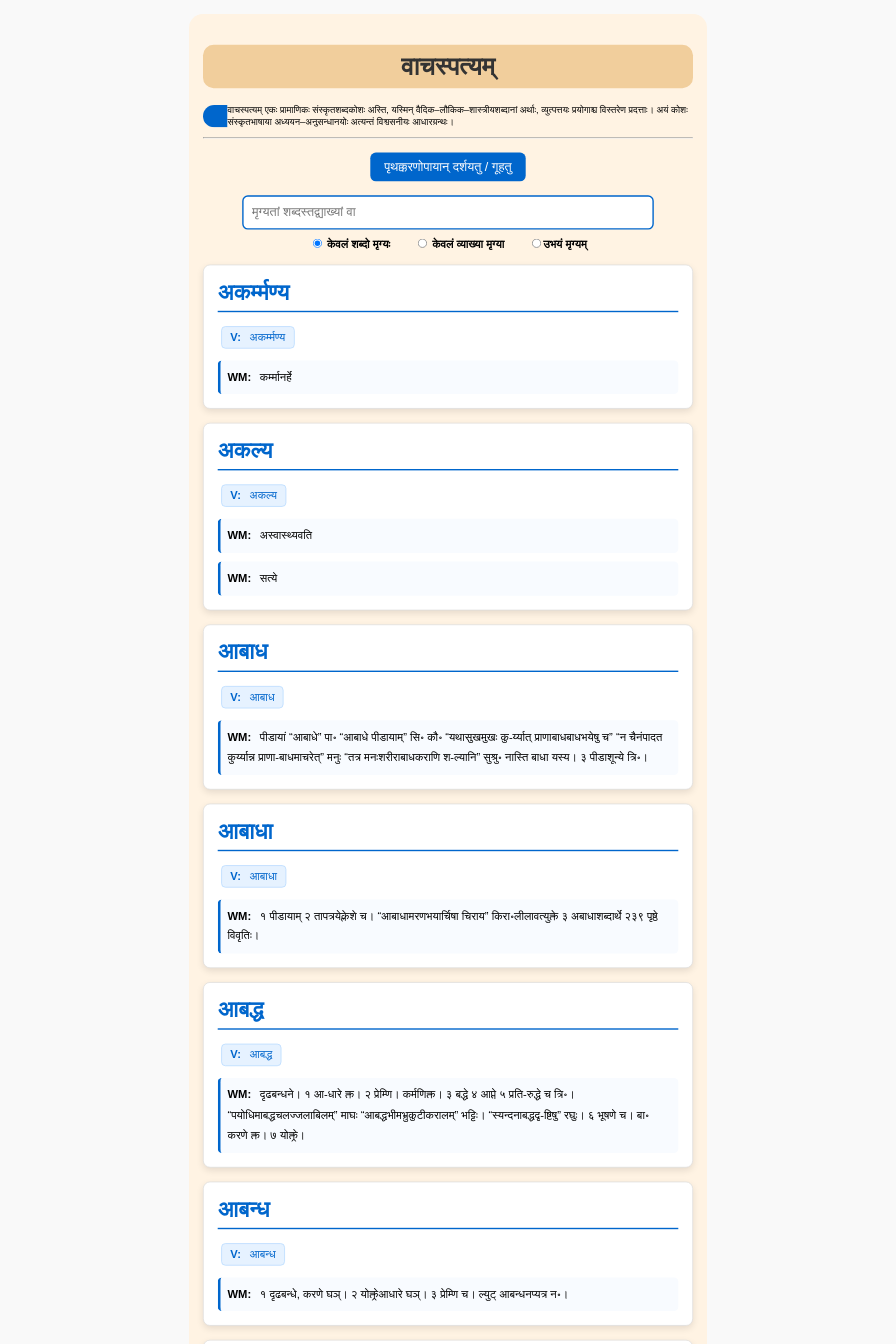
Repository: sanskritsphere/vachaspatyam-demo
Page: index.html
The author's editor kept a copy of each file at every save. The page is drawn from the files as they stood at one save, then again after the next save.
The browser window is 1280 px wide. The pictures show the part of the page from y = 0 to 1920 px (the page is 3443 px tall), at 70% of full size.

Above is the page before, as saved 2025-12-14 12:47:30.

### index.html
<!DOCTYPE html>
<html lang="sa">
<head>
    <meta charset="UTF-8">
    <meta name="viewport" content="width=device-width, initial-scale=1.0">
    <link rel="styleSheet" type="text/css" href="style.css">
    <title>वाचस्पत्यम् शब्दकोशः</title>

</head>
<body>
    <div class="container">
    <header>
        <h1>वाचस्पत्यम्</h1>
    <p class="small">वाचस्पत्यम् एकः प्रामाणिकः संस्कृतशब्दकोशः अस्ति, यस्मिन् वैदिक–लौकिक–शास्त्रीयशब्दानां अर्थाः, व्युत्पत्तयः प्रयोगाश्च विस्तरेण प्रदत्ताः।
अयं कोशः संस्कृतभाषाया अध्ययन–अनुसन्धानयोः अत्यन्तं विश्वसनीयः आधारग्रन्थः।</p>
    </header>
    <hr>
    <button id="toggleFilters">पृथक्करणोपायान् दर्शयतु / गूहतु</button>

    <div id="searchContainer">
        <input type="text" id="search" placeholder="मृग्यतां शब्दस्तद्व्याख्यां वा">
        <div class="search-options">
            <label><input type="radio" name="searchMode" value="wordOnly" checked> केवलं शब्दो मृग्यः</label>
            <label><input type="radio" name="searchMode" value="meaningOnly"> केवलं व्याख्या मृग्या</label>
            <label><input type="radio" name="searchMode" value="both">उभयं मृग्यम्</label>
        </div>
    </div>

    <div class="filters" id="filtersPanel">
        <div class="filter-group" id="startingLetterGroup">
            <label>आद्यक्षरानुक्रमेण पृथक्करणम्</label>
            <select id="startingLetterFilter">
                <option value="">सर्वाणि आद्यक्षराणि</option>
            </select>
        </div>

        <div class="filter-group" id="gcGroup">
            <label>लिङ्गशः पृथक्करणम्</label>
            <select id="gcFilter">
                <option value="">सर्वलिङ्गानि</option>
            </select>
        </div>

        <!-- टैग विज़िबिलिटी -->
        <div class="filter-group" style="grid-column: 1 / -1;" id="tagVisibilityGroup">
            <label>दर्शयितुमिष्टानि खण्डानि चिन्वीत</label>
            <div class="tag-visibility" id="tagVisibility">
                <!-- डायनामिकली जनरेट होगा -->
            </div>
        </div>

        <!-- नए टैग फ़िल्टर सेक्शन -->
        <div class="filter-group" style="grid-column: 1 / -1;" id="tagFiltersGroup">
            <label>टैग्-मूल्येन विशिष्टमानानि चीयन्ताम्</label>
            <div class="tag-filters" id="tagFilters">
                <!-- XML से सभी टैग्स के लिए डायनामिक सिलेक्ट बॉक्स जनरेट होंगे -->
            </div>
        </div>
    </div>

    <div id="results"></div>
</div>
    <script>
        let dictionary = [];
        let allTags = new Set();
        let tagValues = {}; // { tag: Set of values }
        let startingLetters = new Set();
        let gcValues = new Set();
        let currentPage = 1;
        const itemsPerPage = 25;
        // XML फ़ाइल लोड करना
        fetch('vachaspatyam.xml')
            .then(response => response.text())
            .then(xmlText => {
                const parser = new DOMParser();
                const xml = parser.parseFromString(xmlText, "application/xml");
                const entries = xml.querySelectorAll('entry');

                entries.forEach(entry => {
                    const obj = {};
                    entry.querySelectorAll('*').forEach(child => {
                        const tagName = child.tagName;
                        allTags.add(tagName);

                        if (!obj[tagName]) obj[tagName] = [];
                        const value = child.textContent.trim();
                        if (value) obj[tagName].push(value);

                        // टैग वैल्यूज़ कलेक्ट करना
                        if (!tagValues[tagName]) tagValues[tagName] = new Set();
                        tagValues[tagName].add(value);

                        // विशेष हैंडलिंग
                        if (tagName === 'V' && value) {
                            startingLetters.add(value[0]);
                        }
                        if (tagName === 'GC' && value) {
                            gcValues.add(value);
                        }
                    });
                    dictionary.push(obj);
                });

                generateDynamicFilters();
                generateTagVisibility();
                generateTagFilters(); // नया फ़ीचर
                renderEntries(dictionary);
            })
            .catch(err => {
                document.getElementById('results').innerHTML =
                    '<p class="no-results">vachaspatyam.xml इति संचिका न लब्धा। कृपया तां स्थापयतु।</p>';
                console.error(err);
            });

        function generateDynamicFilters() {
            const startingSelect = document.getElementById('startingLetterFilter');
            [...startingLetters].sort().forEach(letter => {
                const opt = document.createElement('option');
                opt.value = letter;
                opt.textContent = letter;
                startingSelect.appendChild(opt);
            });

            const gcSelect = document.getElementById('gcFilter');
            [...gcValues].sort().forEach(gc => {
                const opt = document.createElement('option');
                opt.value = gc;
                opt.textContent = gc;
                gcSelect.appendChild(opt);
            });
        }

        function generateTagVisibility() {
            const container = document.getElementById('tagVisibility');
            container.innerHTML = '';
            [...allTags].sort().forEach(tag => {
                const label = document.createElement('label');
                const checkbox = document.createElement('input');
                checkbox.type = 'checkbox';
                checkbox.id = 'show' + tag;
                checkbox.checked = tag === 'V' || tag === 'WM'; // डिफ़ॉल्ट V और WM दिखाएँ
                label.appendChild(checkbox);
                label.appendChild(document.createTextNode(' ' + tag));
                container.appendChild(label);
            });
        }

        function generateTagFilters() {
            const container = document.getElementById('tagFilters');
            container.innerHTML = '';
            [...allTags].sort().forEach(tag => {
                if (tag === 'V') return; // V के लिए पहले से आदि अक्षर फ़िल्टर है

                const group = document.createElement('div');
                group.className = 'filter-group';

                const label = document.createElement('label');
                label.textContent = `${tag} मूल्येन पृथक्करोतु`;
                group.appendChild(label);

                const select = document.createElement('select');
                select.id = 'filter_' + tag;
                select.innerHTML = '<option value="">सर्वाणि</option>';

                // टैग के सभी यूनिक वैल्यूज़ जोड़ना
                [...tagValues[tag]].sort().forEach(val => {
                    const opt = document.createElement('option');
                    opt.value = val;
                    opt.textContent = val;
                    select.appendChild(opt);
                });

                group.appendChild(select);
                container.appendChild(group);
            });
        }

        function getMeaningText(entry) {
            let text = '';
            Object.keys(entry).forEach(key => {
                if (key !== 'V') {
                    text += entry[key].join(' ') + ' ';
                }
            });
            return text;
        }

        function renderEntries(entries) {
            const resultsDiv = document.getElementById('results');
            resultsDiv.innerHTML = '';
            if (entries.length === 0) {
                resultsDiv.innerHTML = '<p class="no-results">कश्चन शब्दो न लब्धः। कृपया मृग्यपदं परिवर्तयतु।</p>';
                return;
            }

            entries.forEach(entry => {
                const div = document.createElement('div');
                div.className = 'entry';
                div.innerHTML = `<h3>${entry.V ? entry.V[0] : 'अज्ञातः'}</h3>`;

                const tagsDiv = document.createElement('div');

                allTags.forEach(tag => {
                    const checkbox = document.getElementById('show' + tag);
                    if (checkbox && checkbox.checked && entry[tag]) {
                        entry[tag].forEach(value => {
                            if (tag === 'WM' || tag === 'EXP') {
                                tagsDiv.innerHTML += `<div class="content"><span class="tag-name">${tag}:</span> ${value}</div>`;
                            } else {
                                tagsDiv.innerHTML += `<span class="tag"><span class="tag-name">${tag}:</span> ${value}</span>`;
                            }
                        });
                    }
                });

                div.appendChild(tagsDiv);
                resultsDiv.appendChild(div);
            });
        }

        function filterEntries() {
            let filtered = dictionary;

            const query = document.getElementById('search').value.trim();
            const searchMode = document.querySelector('input[name="searchMode"]:checked').value;

            if (query) {
                if (searchMode === 'wordOnly') {
                    filtered = filtered.filter(entry => entry.V && entry.V.some(v => v.includes(query)));
                } else if (searchMode === 'meaningOnly') {
                    filtered = filtered.filter(entry => getMeaningText(entry).includes(query));
                } else {
                    filtered = filtered.filter(entry =>
                        (entry.V && entry.V.some(v => v.includes(query))) ||
                        getMeaningText(entry).includes(query)
                    );
                }
            }

            const startingLetter = document.getElementById('startingLetterFilter').value;
            if (startingLetter) {
                filtered = filtered.filter(entry => entry.V && entry.V[0].startsWith(startingLetter));
            }

            const gc = document.getElementById('gcFilter').value;
            if (gc) {
                filtered = filtered.filter(entry => entry.GC && entry.GC.includes(gc));
            }

            // सभी टैग फ़िल्टर्स
            allTags.forEach(tag => {
                const select = document.getElementById('filter_' + tag);
                if (select && select.value) {
                    const filterValue = select.value;
                    filtered = filtered.filter(entry =>
                        entry[tag] && entry[tag].includes(filterValue)
                    );
                }
            });

            renderEntries(filtered);
        }

        // टॉगल बटन
        document.getElementById('toggleFilters').addEventListener('click', () => {
            const panel = document.getElementById('filtersPanel');
            panel.style.display = (panel.style.display === 'none' || panel.style.display === '') ? 'grid' : 'none';
        });

    function generateTagVisibility() {
    const container = document.getElementById('tagVisibility');
    container.innerHTML = '';

    // टैग नेम → संस्कृत में पूरा लेबल (विवरण)
    const tagLabels = {
        V:    "शब्दः (Vocable)",
        GC:   "लिङ्गम् (Grammatical Category)",
        GR:   "व्युत्पत्तिः (Grammar & Root)",
        ET:   "व्युत्पत्ति-विवरणम् (Etymology)",
        EXP:  "व्याख्या (Explanation)",
        CA:   "समास-विश्लेषणम् (Compound Analysis)",
        CT:   "उद्धरणम् (Citation Text)",
        RM:   "सन्दर्भः (Reference Mode)",
        WM:   "मुख्यार्थः (Word Meaning)"
        // यदि भविष्य में नया टैग जोड़ा जाए तो यहाँ उसका विवरण जोड़ सकते हैं
    };

    [...allTags].sort().forEach(tag => {
        const label = document.createElement('label');
        const checkbox = document.createElement('input');
        checkbox.type = 'checkbox';
        checkbox.id = 'show' + tag;
        // डिफ़ॉल्ट: V और WM हमेशा चेक रहें
        checkbox.checked = (tag === 'V' || tag === 'WM');

        label.appendChild(checkbox);
        // विवरण यदि उपलब्ध हो तो दिखाएँ, अन्यथा केवल टैग नेम
        const displayText = tagLabels[tag] || tag;
        label.appendChild(document.createTextNode(' ' + displayText));

        container.appendChild(label);
    });
}



        // सभी इवेंट्स
        document.getElementById('search').addEventListener('input', filterEntries);
        document.querySelectorAll('input[name="searchMode"]').forEach(radio => radio.addEventListener('change', filterEntries));
        document.getElementById('startingLetterFilter').addEventListener('change', filterEntries);
        document.getElementById('gcFilter').addEventListener('change', filterEntries);
        document.getElementById('filtersPanel').addEventListener('change', filterEntries); // सभी सिलेक्ट और चेकबॉक्स
    </script>
</body>
</html>

### style.css

        body {
            font-family: 'Sanskrit Text', 'Arial Unicode MS', Arial, sans-serif;
            margin: 20px;
            background-color: #f9f9f9;
            direction: ltr;
        }
        .container{
            width: 95%;
            max-width: 700px;
            margin: auto;
            background-color: #fff3e3;
            padding: 20px;
            border-radius: 20px;
        }
        header{
            display: block;
            justify-content: center;
            align-items: center;
            gap: 20px;
        }

       header h1 {
            text-align: center;
            color: #333;
            font-size: 36px;
            background-color: #f1ce9c;
            padding: 10px;
            border-radius: 15px;
        }
       header .small{
            font-size: smaller;
            border-left: 35px solid #0066cc;
            border-radius: 100px ;
        }
        #toggleFilters {
            display: block;
            margin: 20px auto;
            padding: 10px 20px;
            font-size: 18px;
            background: #0066cc;
            color: white;
            border: none;
            border-radius: 8px;
            cursor: pointer;
        }
        #toggleFilters:hover {
            background: #0055aa;
        }
        #searchContainer {
            margin-bottom: 20px;
            text-align: center;
        }
        #search {
            width: 80%;
            max-width: 600px;
            padding: 12px;
            font-size: 18px;
            border: 2px solid #0066cc;
            border-radius: 8px;
        }
        .search-options {
            margin-top: 10px;
        }
        .search-options label {
            margin: 0 15px;
            font-weight: bold;
            font-size: 16px;
        }
        .filters {
            margin-bottom: 30px;
            padding: 15px;
            background: #fff;
            border: 1px solid #ddd;
            border-radius: 10px;
            box-shadow: 0 4px 10px rgba(0,0,0,0.1);
            display: grid;
            grid-template-columns: repeat(auto-fit, minmax(300px, 1fr));
            gap: 20px;
            display: none; /* शुरू में छिपा */
        }
        .filter-group {
            display: flex;
            flex-direction: column;
        }
        .filter-group label {
            font-weight: bold;
            margin-bottom: 8px;
            color: #333;
            font-size: 18px;
        }
        .filter-group select {
            padding: 8px;
            border-radius: 6px;
            border: 1px solid #ccc;
            font-size: 16px;
            max-width: 300px;
        }
        .tag-visibility {
            display: grid;
            grid-template-columns: repeat(auto-fill, minmax(180px, 1fr));
            gap: 10px;
            margin-top: 10px;
        }
        .tag-visibility label {
            font-weight: normal;
            display: flex;
            align-items: center;
            font-size: 16px;
        }
        .tag-visibility input[type="checkbox"] {
            margin-right: 8px;
        }
        .tag-filters {
            display: grid;
            grid-template-columns: repeat(auto-fill, minmax(250px, 1fr));
            gap: 15px;
            margin-top: 15px;
            padding: 10px;
            background: #f0f8ff;
            border-radius: 8px;
        }
        #results {
            display: grid;
            gap: 20px;
        }
        .entry {
            background: white;
            padding: 20px;
            border: 1px solid #ddd;
            border-radius: 10px;
            box-shadow: 0 4px 10px rgba(0,0,0,0.1);
        }
        .entry h3 {
            margin: 0 0 15px 0;
            color: #0066cc;
            font-size: 32px;
            border-bottom: 2px solid #0066cc;
            padding-bottom: 8px;
        }
        .tag {
            display: inline-block;
            background: #e6f2ff;
            color: #0066cc;
            padding: 6px 12px;
            margin: 5px;
            border-radius: 6px;
            font-size: 16px;
            border: 1px solid #b3d9ff;
        }
        .tag-name {
            font-weight: bold;
            margin-right: 8px;
        }
        .content {
            margin-top: 12px;
            line-height: 1.8;
            background: #f8fbff;
            padding: 10px;
            border-radius: 6px;
            border-left: 4px solid #0066cc;
            font-size: 16px;
        }
        .no-results {
            text-align: center;
            color: #888;
            font-size: 22px;
            padding: 40px;
        }
        @media (max-width: 768px) {
            .filters {
                grid-template-columns: 1fr;
            }
            .tag-visibility, .tag-filters {
                grid-template-columns: 1fr;
            }
            #search {
                width: 100%;
            }
        }

After the next save:
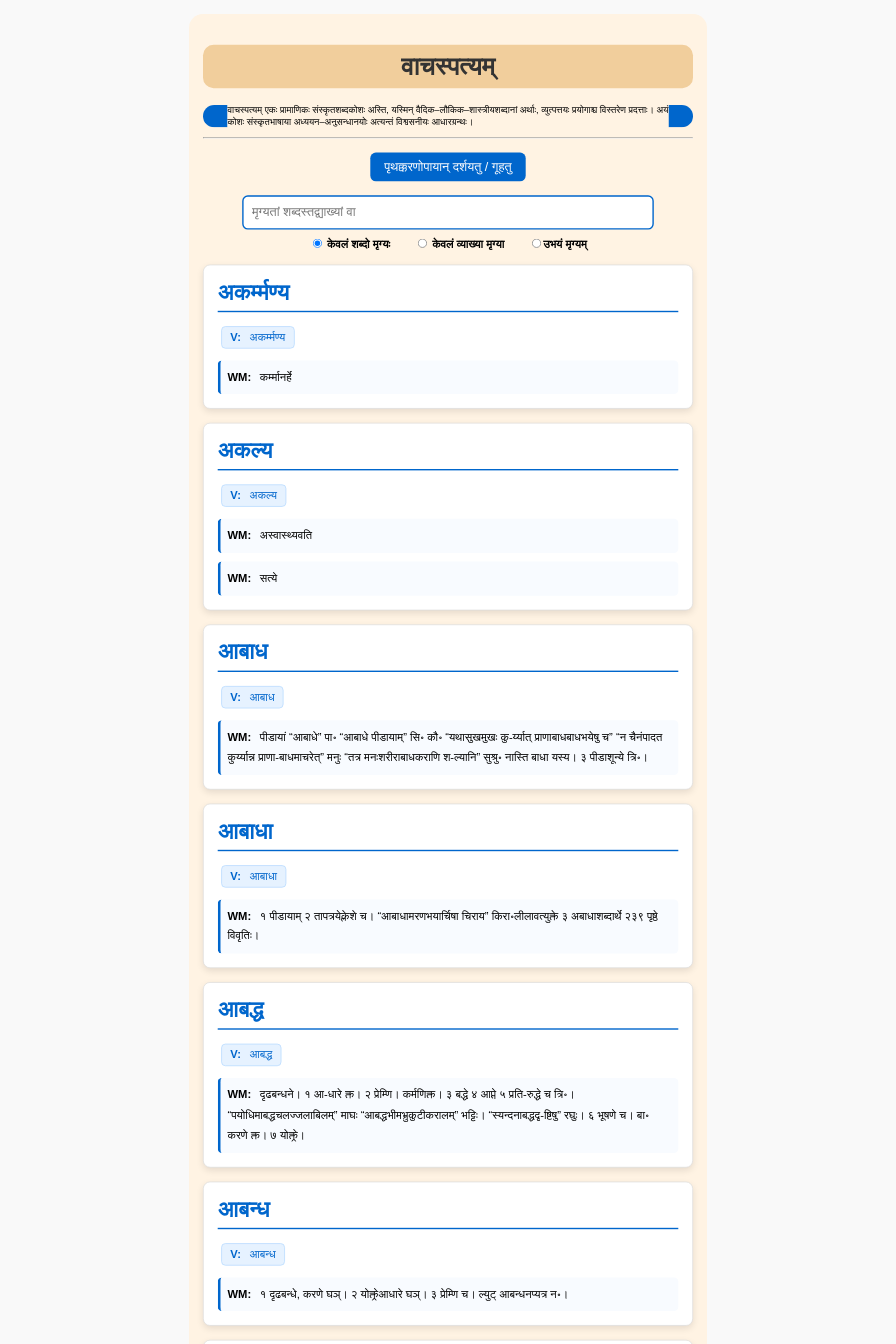
Saved 51 s later.
--- a/style.css
+++ b/style.css
@@ -31,6 +31,8 @@
        header .small{
             font-size: smaller;
             border-left: 35px solid #0066cc;
+            border-radius: 100px ;
+            border-right: 35px solid #0066cc;
             border-radius: 100px ;
         }
         #toggleFilters {
